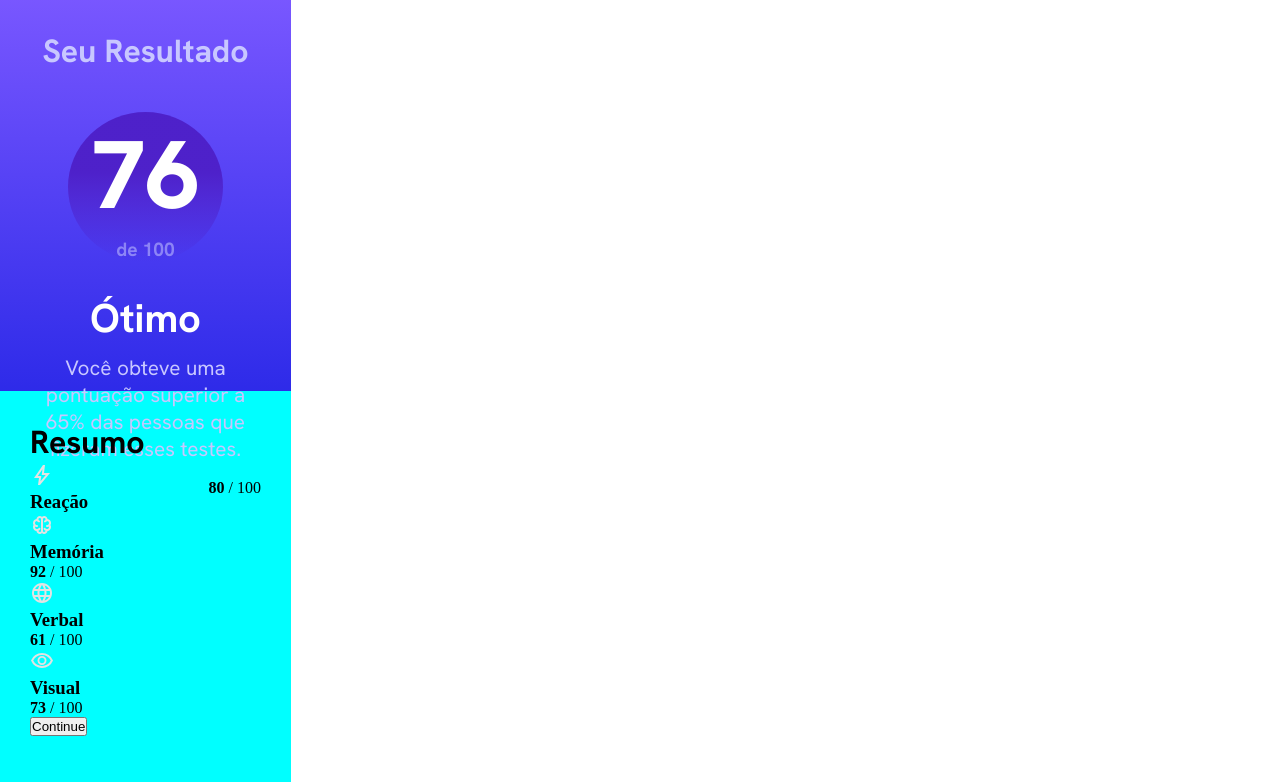
Repository: caique2512/resumo-de-resultados
Page: index.html
These files come from the project's save history. The page is drawn as it stood at one moment and after a run of saves; the edit follows.
The browser window is 1280 px wide. The pictures show the whole page.

Above is the page before, as saved 2026-03-09 22:13:28.

After the next 5 saves:
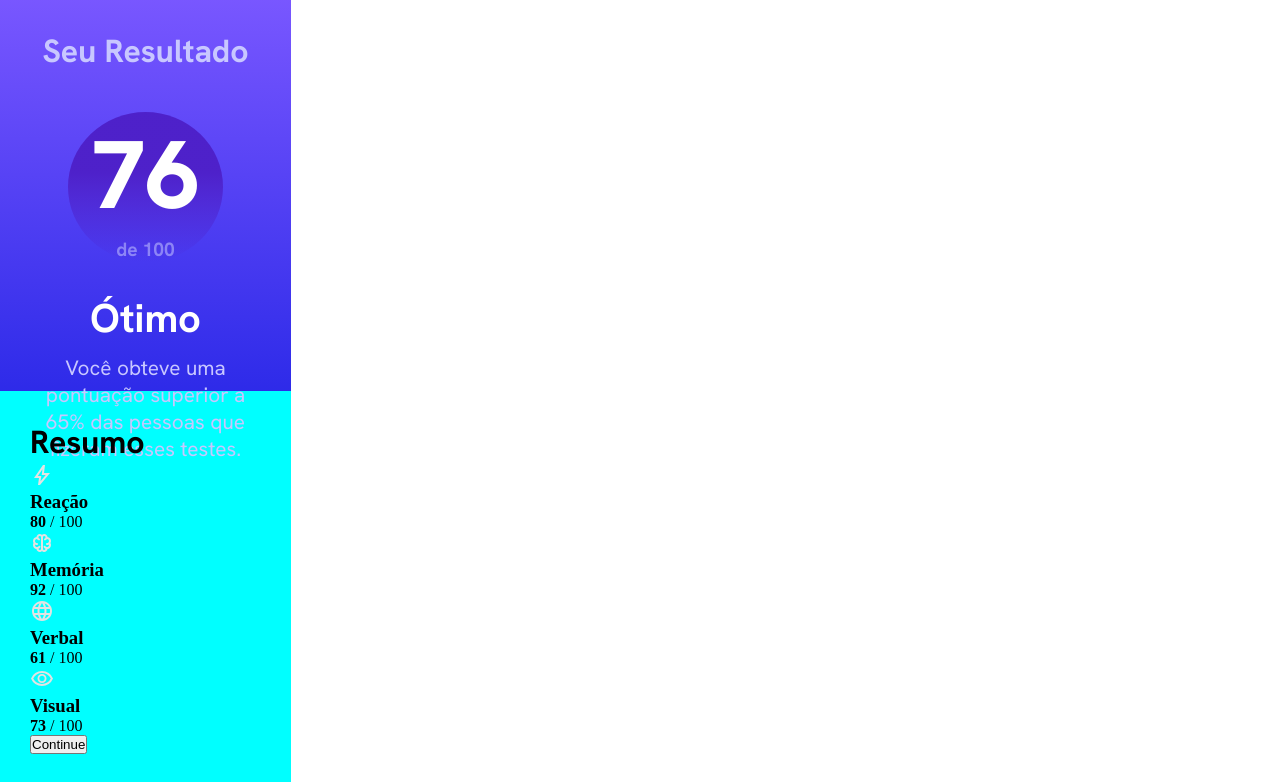
The 5 saves are shown as one change because they came seconds apart.
The last was saved 22 s later.
--- a/src/css/estilos.css
+++ b/src/css/estilos.css
@@ -73,6 +73,8 @@
     font-family: "Hanken Grotesk";
 }
 
+.resultado .classes .re
+
 .resultado .classes .resumo1{
     display: flex;
     align-items: center;

After the 3 saves that followed:
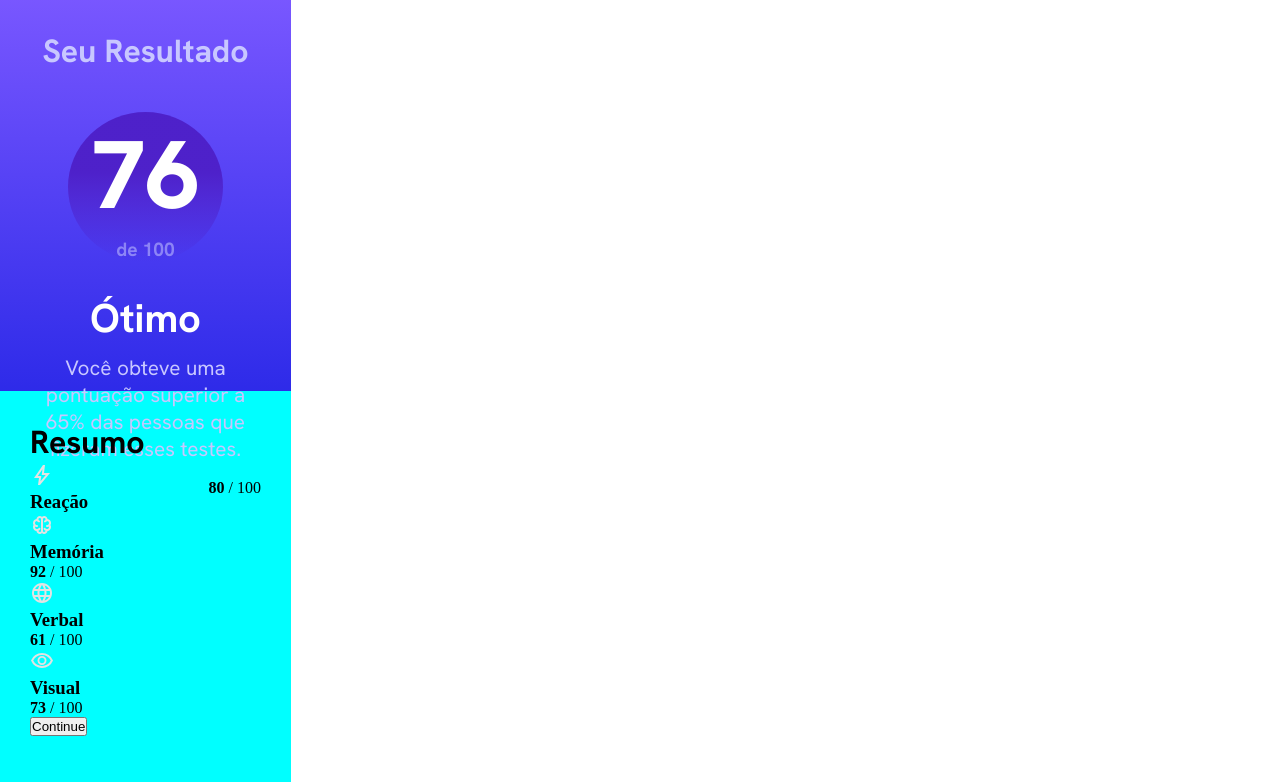
The 3 saves are shown as one change because they came seconds apart.
The last was saved 8 s later.
--- a/src/css/estilos.css
+++ b/src/css/estilos.css
@@ -73,7 +73,9 @@
     font-family: "Hanken Grotesk";
 }
 
-.resultado .classes .re
+.resultado .classes .resumo1 div {
+
+}
 
 .resultado .classes .resumo1{
     display: flex;
